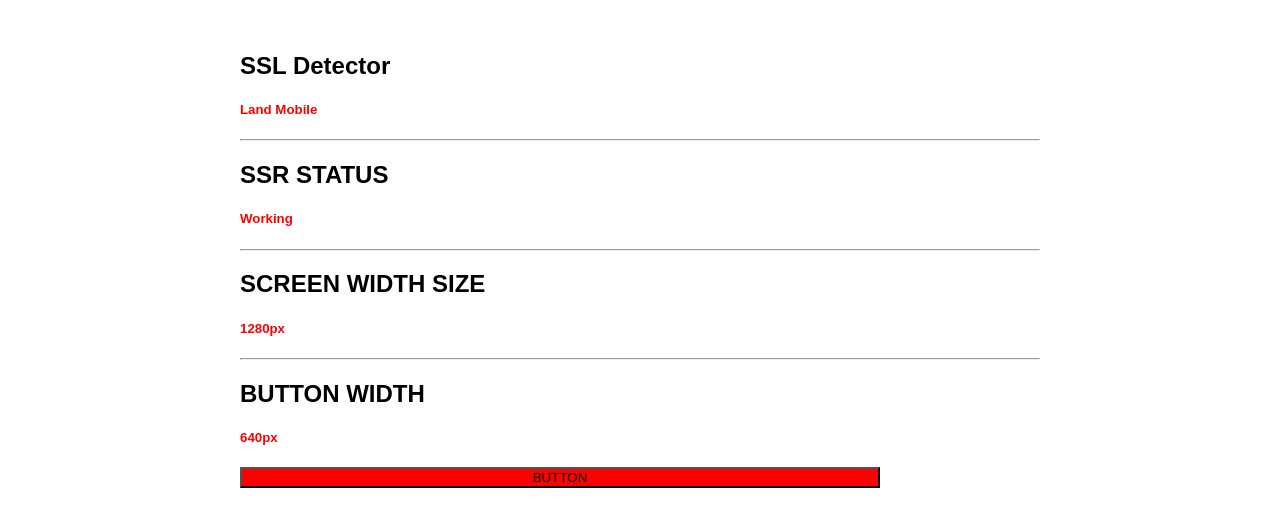
Repository: adrihle/screen-detector-nextpwa
Page: /
The author's editor kept a copy of each file at every save. The page is drawn from the files as they stood at one save, then again after the next save.
The browser window is 1280 px wide. The pictures show the whole page.
The project was rebuilt for these pictures with package versions that can differ from the ones it lists, and the page was loaded fresh each time. The framework's server and built-in components were replaced by stand-ins that run in the browser. Imported but missing from the stored project, and not drawn on this page: pages/_document.

Above is the page before, as saved 2020-12-28 14:53:20.

After the next save:
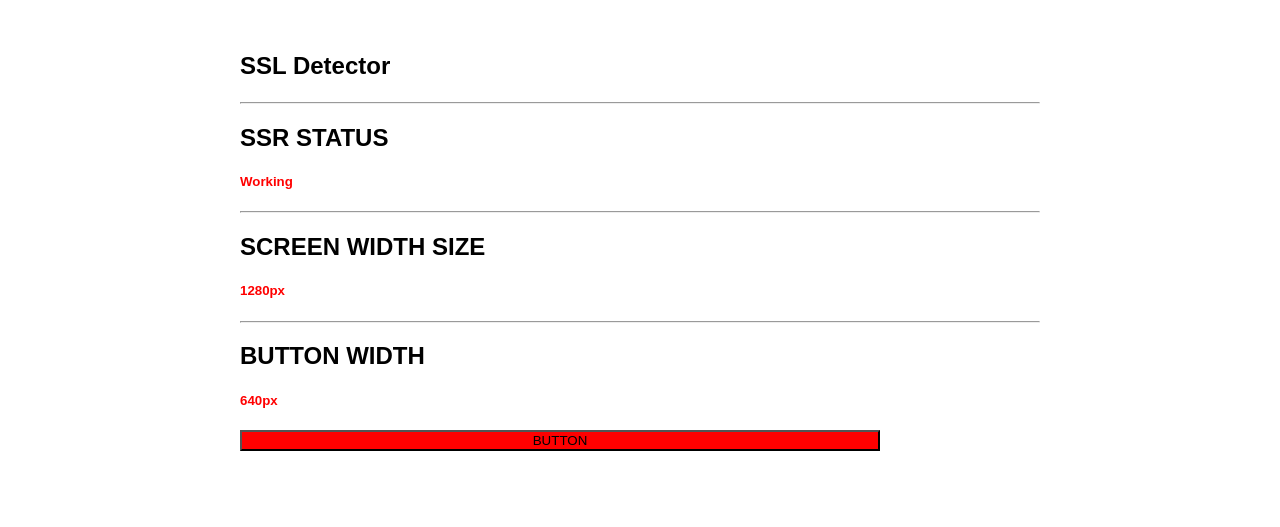
Saved 2 min 55 s later.
--- a/components/layouts/ScreenSizeLayout.tsx
+++ b/components/layouts/ScreenSizeLayout.tsx
@@ -8,8 +8,13 @@ const ScreenSizeLayout = ({ children }) => {
     const handleSize = () => {
         let width = window.innerWidth
         setSize(width)
-        if (width < 420){setScreen('Mobile')}
-        else {setScreen('Land Mobile')}
+
+        switch (true){
+            case (width < 420): setScreen('Mobile')
+            default: null
+        }
+        // if (width < 420){setScreen('Mobile')}
+        // else {setScreen('Land Mobile')}
     }
 
     useEffect(() => {
